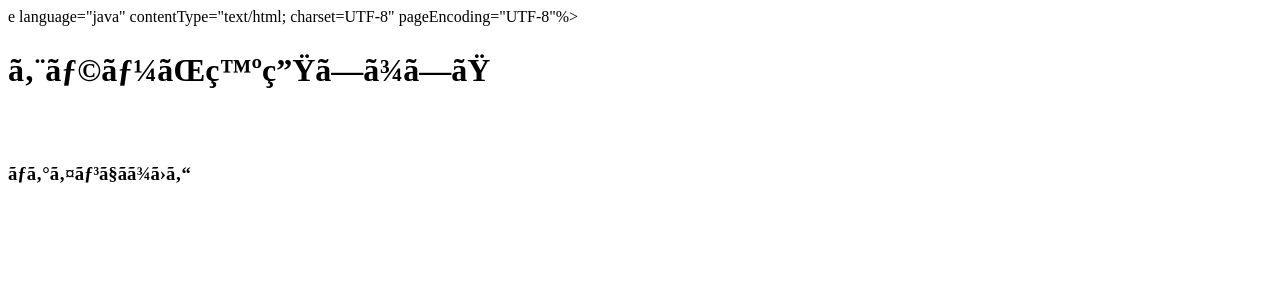
Repository: xiezom/test
Page: http://localhost/webproj3/loginError.jsp
An editor plug-in stored every save of this project. The page is shown before and after the next save, followed by the edit.
The browser window is 1280 px wide. The pictures show the whole page.
The page is served by Tomcat 9. Other server files are loaded and not shown.

Above is the page before, as saved 2019-02-25 01:21:52.

### webproj3/WebContent/loginError.jsp
e language="java" contentType="text/html; charset=UTF-8"
    pageEncoding="UTF-8"%>
<!DOCTYPE html >
<html>
<head>
<meta charset="UTF-8">
<title>LoginError</title>
</head>
<body>

<h1>エラーが発生しました</h1>
<br>
<h3>ログインできません</h3>
</body>
</html>

After the next save:
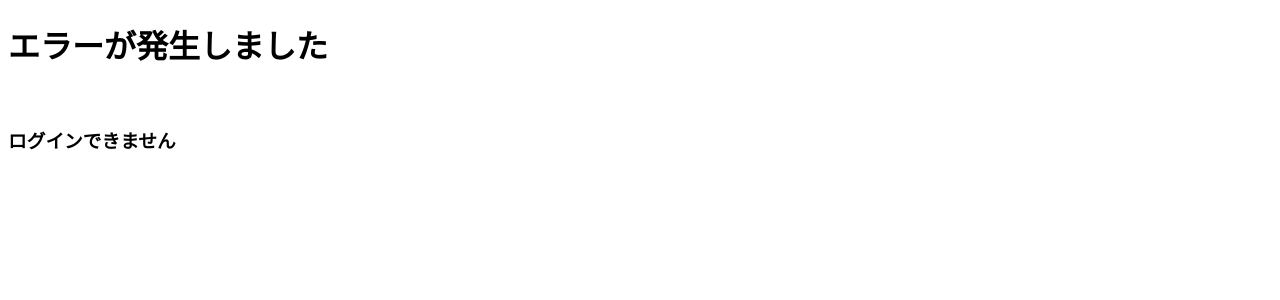
Saved 2 min 43 s later.
--- a/webproj3/WebContent/loginError.jsp
+++ b/webproj3/WebContent/loginError.jsp
@@ -1,4 +1,4 @@
-e language="java" contentType="text/html; charset=UTF-8"
+<%@ page language="java" contentType="text/html; charset=UTF-8"
     pageEncoding="UTF-8"%>
 <!DOCTYPE html >
 <html>
